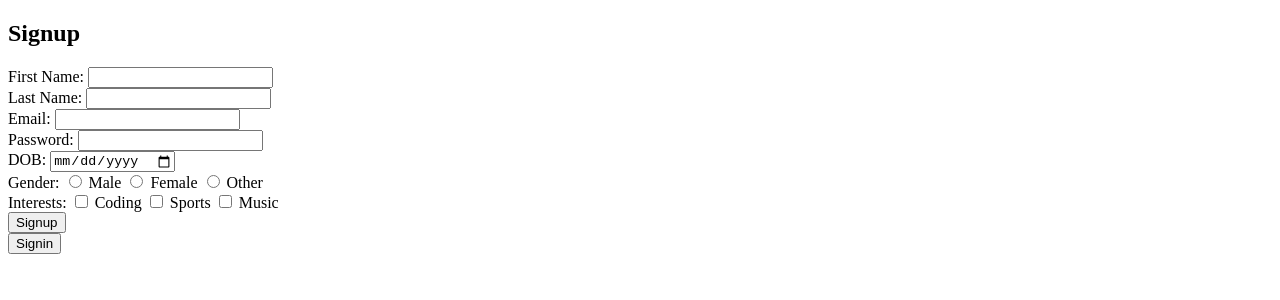
Repository: SHASHIDHAR-as/Spring
Page: spring-jsp-servelets/webapp/Webapp/src/main/webapp/Register.html
The author's editor kept a copy of each file at every save. The page is drawn from the files as they stood at one save, then again after the next save.
The browser window is 1280 px wide. The pictures show the whole page.

Above is the page before, as saved 2024-07-30 06:38:11.

After the next save:
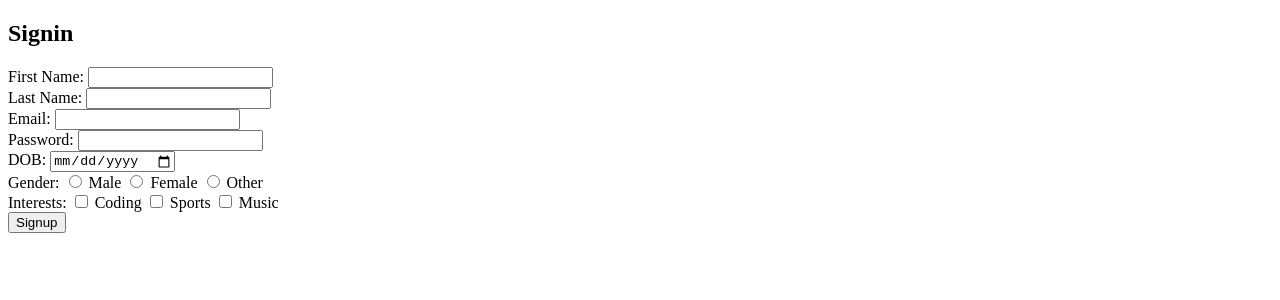
Saved 3 s later.
--- a/spring-jsp-servelets/webapp/Webapp/src/main/webapp/Register.html
+++ b/spring-jsp-servelets/webapp/Webapp/src/main/webapp/Register.html
@@ -5,7 +5,7 @@
 <title>Insert title here</title>
 </head>
 <body>
-	 <h2>Signup</h2>
+	 <h2>Signin</h2>
         <div class="form-group">
             <label for="firstname">First Name:</label>
             <input type="text" id="firstname" name="firstname" required>
@@ -47,7 +47,6 @@
         <div class="form-group">
             <button type="submit">Signup</button>
         </div>
-        <div class="form-group">
-            <button type="submit">Signin</button>
+
 </body>
 </html>
